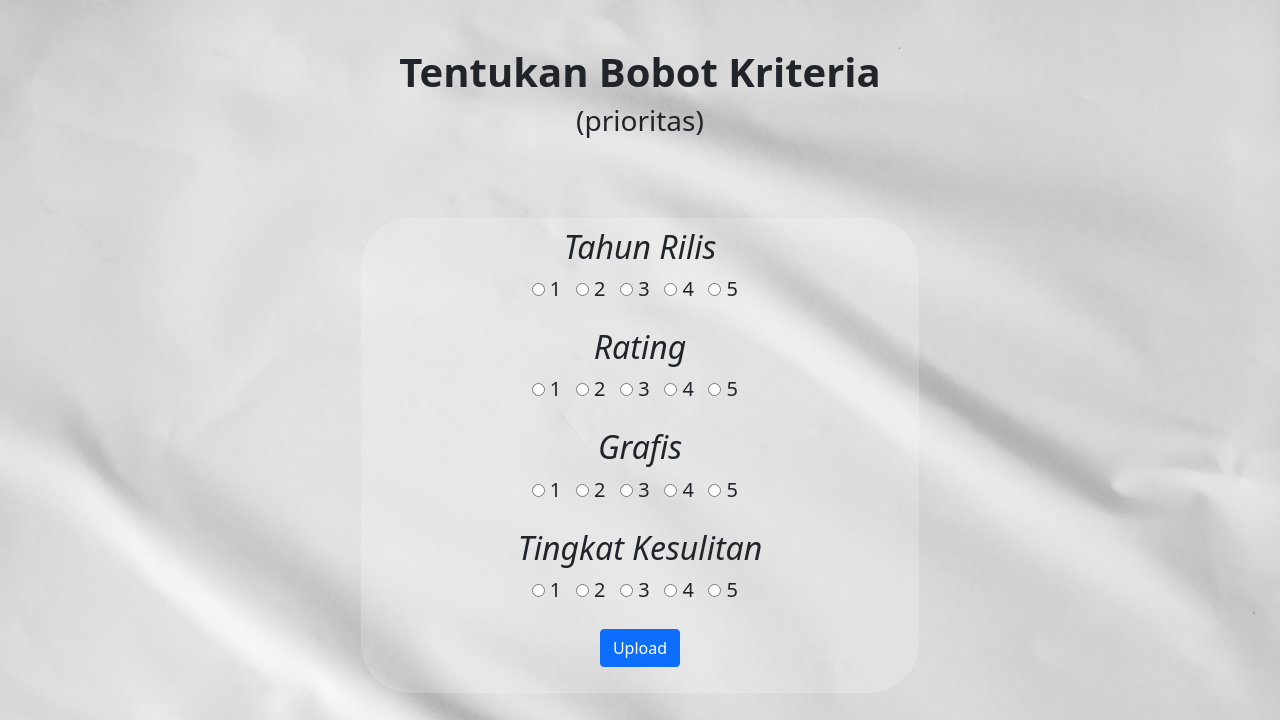
Repository: aqordeon/SPKWP
Page: http://localhost/hitungKriteria.php
An editor plug-in stored every save of this project. The page is shown before and after the next save, followed by the edit.
The browser window is 1280 px wide. The pictures show the whole page.
The page is run by PHP 8.4 with error messages shown; the project is at /var/www/html/. Queries for data that is not in the repository find no rows.

Above is the page before, as saved 2021-01-13 23:51:07.

### hitungKriteria.php
<?php
        session_start();
        include "koneksi.php";

    ?><html lang="en">
<head>
    <meta charset="UTF-8">
    <meta name="viewport" content="width=device-width, initial-scale=1.0">
    <title>Bobot Kriteria</title>
    <link rel="stylesheet" href="css/bootstrap.css" type="text/css" />
    <style>
        body {
            background-image: url("images/whitepaper.jpg");
            background-color: #cccccc;
            background-size: cover;
        }
        label {
            font-size: 20px;
        }
    </style>
</head>
<body>
    <div class="container">
    <center>
        <Br><br>
        <h1><strong>Tentukan Bobot Kriteria</strong></h1>
        <h3>(prioritas)</h3>

        <br><br><br>
            <?php
                $tabelkriteria = mysqli_query($con, "SELECT * FROM tb_kriteria");
                $baristabelkriteria = mysqli_num_rows($tabelkriteria);
            ?>

            <!-- FORM -->
            <div class="container" style="padding: 10px; border-radius: 50px; width: 50%; background-color: rgba(255,255,255,0.2">
                <form method="post" action="" enctype='multipart/form-data'>
                    <h2 style=""><i>Tahun Rilis</i></h2>
                    <input type="radio" id="optradio_tahunrilis1" name="radio_tahunrilis" value="1" required="required"><label for="optradio_tahunrilis1">&nbsp;1&nbsp;&nbsp;</label>
                    <input type="radio" id="optradio_tahunrilis2" name="radio_tahunrilis" value="2"><label for="optradio_tahunrilis2">&nbsp;2&nbsp;&nbsp;</label>
                    <input type="radio" id="optradio_tahunrilis3" name="radio_tahunrilis" value="3"><label for="optradio_tahunrilis3">&nbsp;3&nbsp;&nbsp;</label>
                    <input type="radio" id="optradio_tahunrilis4" name="radio_tahunrilis" value="4"><label for="optradio_tahunrilis4">&nbsp;4&nbsp;&nbsp;</label>
                    <input type="radio" id="optradio_tahunrilis5" name="radio_tahunrilis" value="5"><label for="optradio_tahunrilis5">&nbsp;5&nbsp;&nbsp;</label>
                    <br>
                    <br>

                    <h2 style=""><i>Rating</i></h2>
                    <input type="radio" id="optradio_rating1" name="radio_rating" value="1" required="required"><label for="optradio_rating1">&nbsp;1&nbsp;&nbsp;</label>
                    <input type="radio" id="optradio_rating2" name="radio_rating" value="2"><label for="optradio_rating2">&nbsp;2&nbsp;&nbsp;</label>
                    <input type="radio" id="optradio_rating3" name="radio_rating" value="3"><label for="optradio_rating3">&nbsp;3&nbsp;&nbsp;</label>
                    <input type="radio" id="optradio_rating4" name="radio_rating" value="4"><label for="optradio_rating4">&nbsp;4&nbsp;&nbsp;</label>
                    <input type="radio" id="optradio_rating5" name="radio_rating" value="5"><label for="optradio_rating5">&nbsp;5&nbsp;&nbsp;</label>
                    <br>
                    <br>

                    <h2 style=""><i>Grafis</i></h2>
                    <input type="radio" id="optradio_grafis1" name="radio_grafis" value="1" required="required"><label for="optradio_grafis1">&nbsp;1&nbsp;&nbsp;</label>
                    <input type="radio" id="optradio_grafis2" name="radio_grafis" value="2"><label for="optradio_grafis2">&nbsp;2&nbsp;&nbsp;</label>
                    <input type="radio" id="optradio_grafis3" name="radio_grafis" value="3"><label for="optradio_grafis3">&nbsp;3&nbsp;&nbsp;</label>
                    <input type="radio" id="optradio_grafis4" name="radio_grafis" value="4"><label for="optradio_grafis4">&nbsp;4&nbsp;&nbsp;</label>
                    <input type="radio" id="optradio_grafis5" name="radio_grafis" value="5"><label for="optradio_grafis5">&nbsp;5&nbsp;&nbsp;</label>
                    <br>
                    <br>

                    <h2 style=""><i>Tingkat Kesulitan</i></h2>
                    <input type="radio" id="optradio_tingkatkesulitan1" name="radio_tingkatkesulitan" value="1" required="required"><label for="optradio_tingkatkesulitan1">&nbsp;1&nbsp;&nbsp;</label>
                    <input type="radio" id="optradio_tingkatkesulitan2" name="radio_tingkatkesulitan" value="2"><label for="optradio_tingkatkesulitan2">&nbsp;2&nbsp;&nbsp;</label>
                    <input type="radio" id="optradio_tingkatkesulitan3" name="radio_tingkatkesulitan" value="3"><label for="optradio_tingkatkesulitan3">&nbsp;3&nbsp;&nbsp;</label>
                    <input type="radio" id="optradio_tingkatkesulitan4" name="radio_tingkatkesulitan" value="4"><label for="optradio_tingkatkesulitan4">&nbsp;4&nbsp;&nbsp;</label>
                    <input type="radio" id="optradio_tingkatkesulitan5" name="radio_tingkatkesulitan" value="5"><label for="optradio_tingkatkesulitan5">&nbsp;5&nbsp;&nbsp;</label>

                    <br><Br>
                    <input type='submit' class="btn btn-primary" value='Upload' name='but_upload'>
                </form>
            </div>

            <!-- <a href="hitung_vektor.php" class="btn btn-primary" name='kriteria_submit'>Submit</a>   mengarah ke hitung_vektor.php -->

    </center>

    <?php
        if(isset($_POST['but_upload'])){
            $_SESSION["bobotkriteria_tahunrilis"] = $_POST['radio_tahunrilis'];
            $_SESSION["bobotkriteria_rating"] = $_POST['radio_rating'];
            $_SESSION["bobotkriteria_grafis"] = $_POST['radio_grafis'];
            $_SESSION["bobotkriteria_tingkatkesulitan"] = $_POST['radio_tingkatkesulitan'];
            echo "<div class='alert alert-info'>Bobot Kriteria berhasil diterima.";
            echo "<meta http-equiv='refresh' content='1;url=hitung_vektor.php'>";
        }
    ?>

</div>
</body>
</html>

### koneksi.php
<?php
    $servername = "localhost";
    $username = "root";
    $password = "";
    $database = "db_spkwp";

    $con = mysqli_connect($servername, $username, $password, $database);

    // $ambilparagraf = $con->query("SELECT * FROM paragraph");
    // $cekdbparagraf = $ambilparagraf->fetch_assoc();
?>

Loaded but not shown: css/bootstrap.css (library)

After the next save:
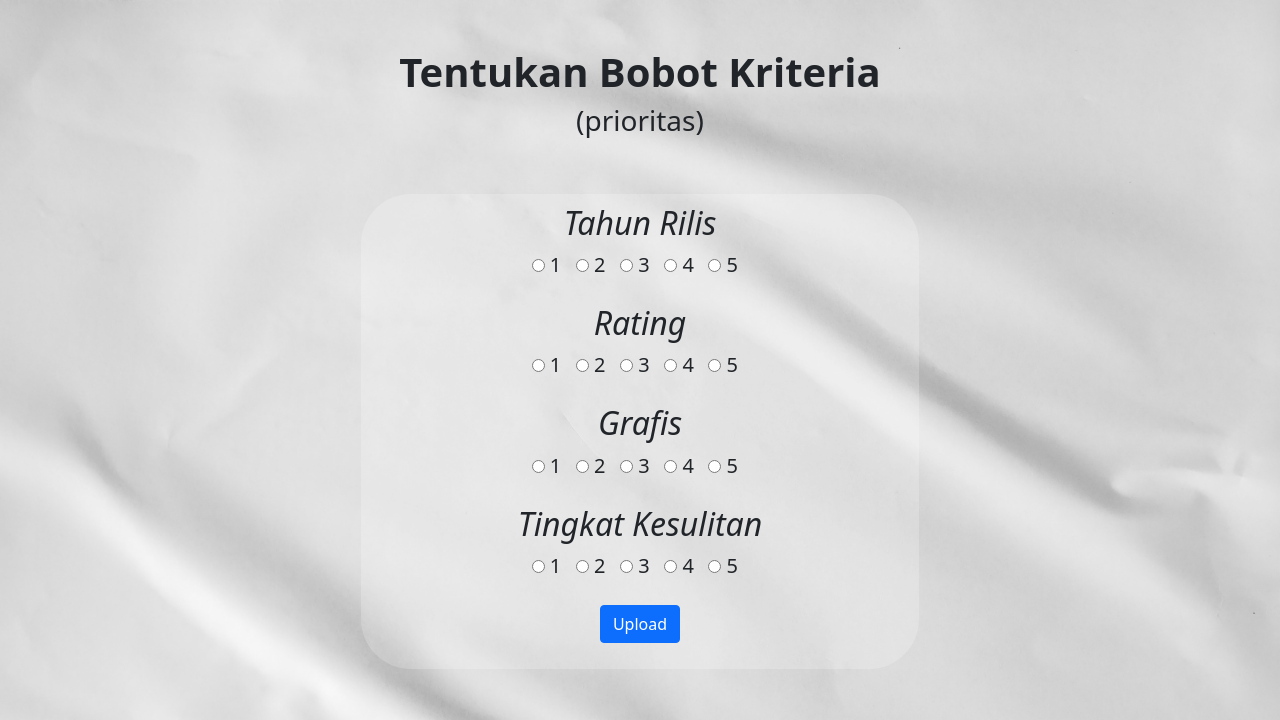
Saved 13 s later.
--- a/hitungKriteria.php
+++ b/hitungKriteria.php
@@ -26,7 +26,7 @@
         <h1><strong>Tentukan Bobot Kriteria</strong></h1>
         <h3>(prioritas)</h3>
 
-        <br><br><br>
+        <br><br>
             <?php
                 $tabelkriteria = mysqli_query($con, "SELECT * FROM tb_kriteria");
                 $baristabelkriteria = mysqli_num_rows($tabelkriteria);
